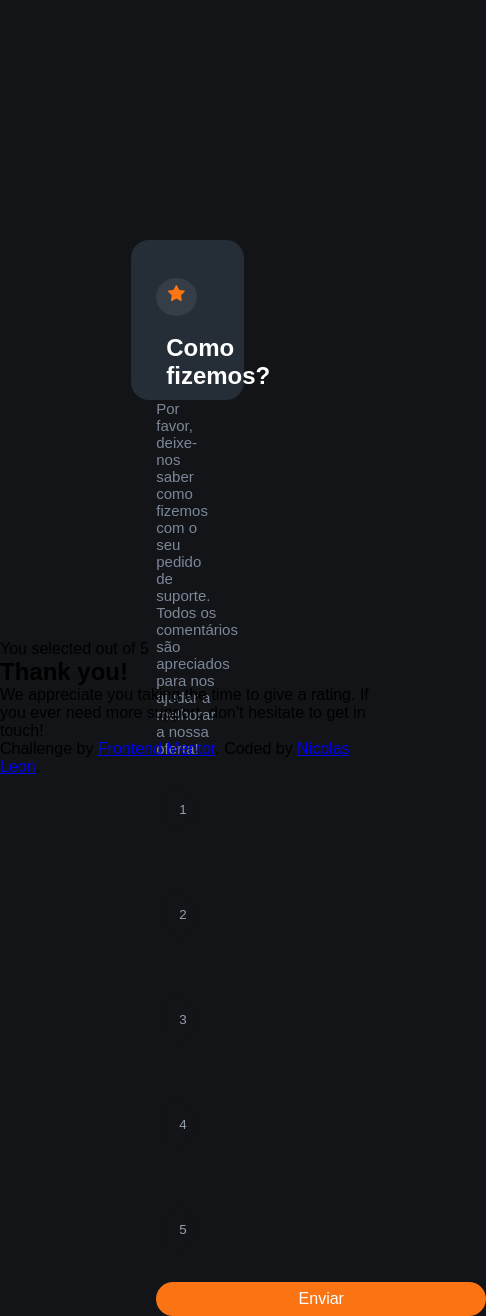
Repository: Leonngc/projeto-avaliacao
Page: index.html
These files come from the project's save history. The page is drawn as it stood at one moment and after a run of saves; the edit follows.
The browser window is 375 px wide. The page is 486 px wide, then 449 px, so the pictures cover 486 px, including what lies to the right of the window. The pictures show the whole page.

Above is the page before, as saved 2023-01-26 11:58:23.

After the next 3 saves:
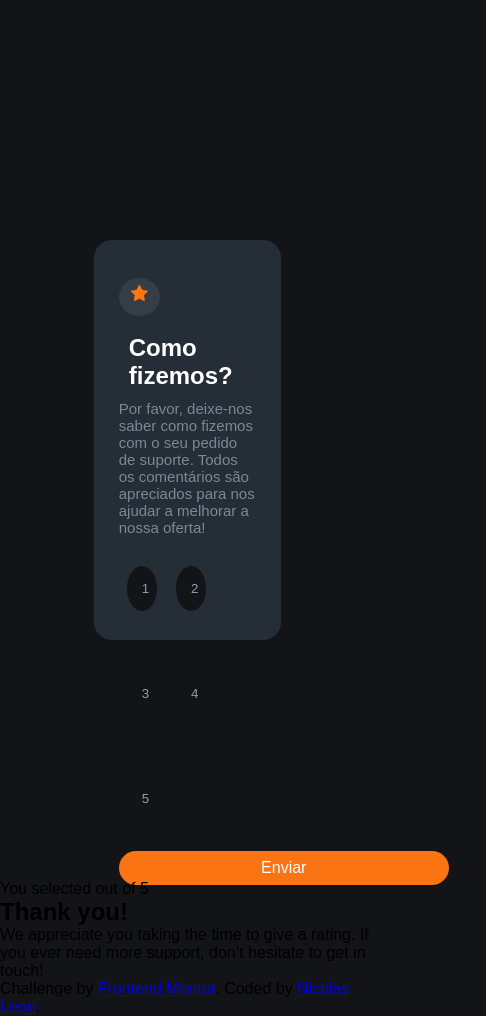
The 3 saves are shown as one change because they came seconds apart.
The last was saved 8 s later.
--- a/styles/style.css
+++ b/styles/style.css
@@ -86,8 +86,8 @@ span > img{
 
 @media screen and (max-width:600px){
     #avaliation-form{
-        width: 30vw;
-        height: 20vh;
+        width: 50vw;
+        height: 50vh;
         font-size: 12px;
     }
 }
